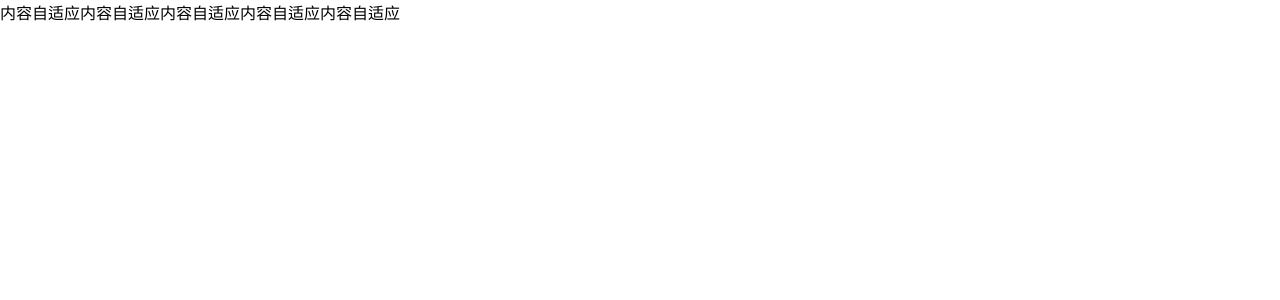
Repository: ArtemisWang/webpack
Page: src/demo20.html
These files come from the project's save history. The page is drawn as it stood at one moment and after the next save; the edit follows.
The browser window is 1280 px wide. The pictures show the whole page.

Above is the page before, as saved 2020-03-31 20:40:21.

After the next save:
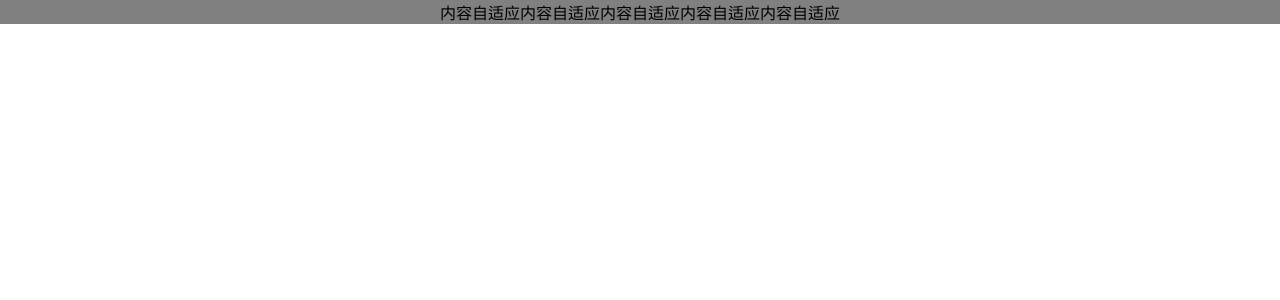
Saved 63 s later.
--- a/src/demo20.html
+++ b/src/demo20.html
@@ -11,10 +11,11 @@
     height:100%;
 }
     .father{
-        display:flex
+        display:flex;
         justify-content:center;
         flex-items:center;
         height:100%;
+        background-color:grey;
     }
     </style>
 </head>
